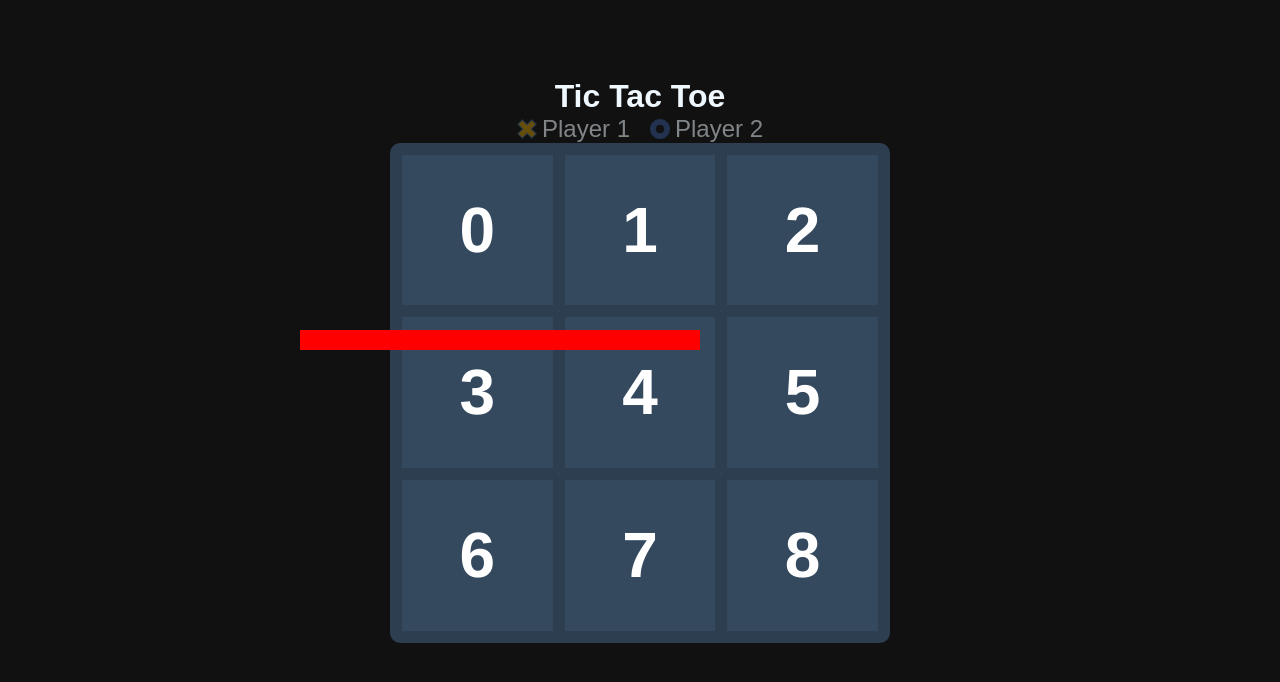
Repository: richardlieknis/tictactoe
Page: index.html
An editor plug-in stored every save of this project. The page is shown before and after the next save, followed by the edit.
The browser window is 1280 px wide. The pictures show the whole page.

Above is the page before, as saved 2022-12-08 14:28:03.

After the next save:
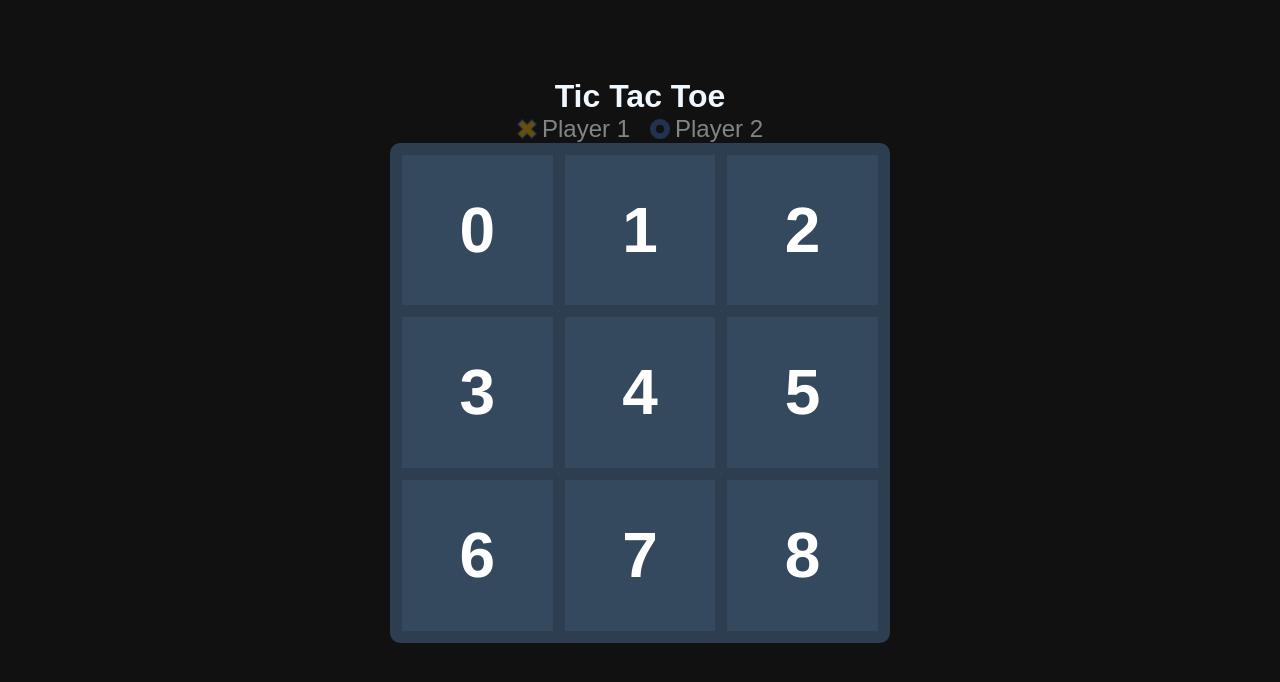
Saved 16 s later.
--- a/css/style.css
+++ b/css/style.css
@@ -69,12 +69,4 @@
     background-color: #416080;
 }
 
-.line {
-    position: absolute;
-    background-color: #f00;
-    width: 400px;
-    height: 20px;
-    margin-bottom: 1px;
-    top: 330px;
-    left: 300px;
-}
+.line {}
